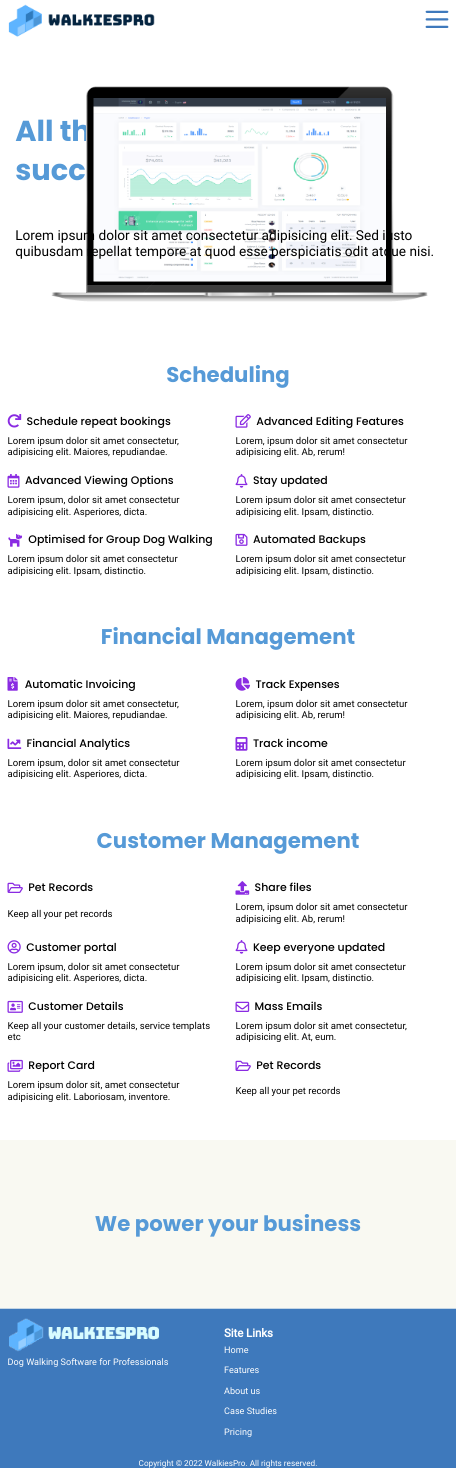
Repository: StevieC87/LAYOUT4
Page: features.html
These files come from the project's save history. The page is drawn as it stood at one moment and after the next save; the edit follows.
The browser window is 600 px wide. The pictures show the whole page, at 76% of full size.

Above is the page before, as saved 2022-01-08 21:32:42.
Console error: TypeError: Cannot read properties of null (reading 'addEventListener')

### features.html
<!DOCTYPE html>
<html lang="en">
  <head>
    <meta charset="UTF-8" />
    <meta http-equiv="X-UA-Compatible" content="IE=edge" />
    <meta name="viewport" content="width=device-width, initial-scale=1.0" />
    <title>WalkiesPro Dog Walking Software</title>
    <link rel="stylesheet" href="css/styles.css" />
    <link rel="stylesheet" href="css/footer.css" />
    <link rel="stylesheet" href="css/homepage.css" />
    <link rel="stylesheet" href="css/navbar.css" />
    <link rel="stylesheet" href="css/fonts.css" />
    <link rel="stylesheet" href="css/utilities.css" />
    <link rel="stylesheet" href="css/mediaqueries.css" />
    <link rel="stylesheet" href="css/aboutus.css" />
    <link rel="stylesheet" href="css/features.css" />
    <!-- THIS js file - deferred so loads at the end -->
    <script type="text/javascript" src="js/scripts.js" defer></script>
    <link rel="stylesheet" href="https://use.fontawesome.com/releases/v5.15.4/css/all.css" integrity="sha384-DyZ88mC6Up2uqS4h/KRgHuoeGwBcD4Ng9SiP4dIRy0EXTlnuz47vAwmeGwVChigm" crossorigin="anonymous">


  </head>
  <body>


    <div class="containernew">
      <div class="navwrapper">
        <!------------------ NAVBAR --------------------->
        <nav id="navbar" class="paddingspecial">
          <!--  <div class="paddingspecial"> -->
          <div id="logo" class="logodiv">
            <a href="index.html"><img src="images/logo.png" alt="logo" /></a>
          </div>
          <div id="hamburger-menu" class="hamburger-menu">
            <div class="line line-1"></div>
            <div class="line line-2"></div>
            <div class="line line-3"></div>
          </div>
          <div class="navlist">
            <ul tabindex="-1">
              <li><a class="current" href="features.html">Features</a></li>
              <li><a href="about-us.html">About</a></li>
              <li><a href="case-studies.html">Case Studies</a></li>
              <li><a href="pricing.html">Pricing</a></li>
            </ul>
          </div>
          <!-- </div> -->
        </nav>
      </div>
      <!------------------ HEADER  --------------------->
    <!--   <section class="featuresgrid sectionwrapper">
        <div  class="hello">hello</div>
        <div class="featuresh1">
          <h1 style="">All the tools you need to succeed</h1>
        </div>
        <div class="featurestext">
          Lorem ipsum dolor sit amet consectetur adipisicing elit. Sed iusto quibusdam repellat tempore at quod esse perspiciatis odit atque nisi.
        </div>



      </section> -->

      <section class="featuresgridnew sectionwrapper">


        <div class="featuresnew">
          <h1 class="featurestitlenew">All the tools you need to succeed</h1>


          <div class="featuresimgnew">
            <img class="imgfill" src="images/laptop.png" alt="">
          </div>
          <div class="featurestextnew">
            Lorem ipsum dolor sit amet consectetur adipisicing elit. Sed iusto quibusdam repellat tempore at quod esse perspiciatis odit atque nisi.
          </div>
      </div>
        <!-- <div  class="hello">hello</div> -->
      </section>
      <!------------------ SECTION2 --------------------->


          <!-- HERE SCHEDULING GRIDS -->
      <section class="featurescustomerwrapper">
        <div class="featurescustomerinnerwrapper">
          <div class="h3titlecenter">
            <h3>Scheduling</h3>
          </div>
          <div class="features_grid_container">
          <div class="features_grid_item">
            <div class="minigrid-icon">
              <i class="fas fa-redo"></i></div>
            <div class="minigrid-title">Schedule repeat bookings</div>
            <div class="minigrid-text">Lorem ipsum dolor sit amet consectetur, adipisicing elit. Maiores, repudiandae.</div>
          </div>
          <div class="features_grid_item">
            <div class="minigrid-icon">
              <i class="far fa-edit"></i></div>
            <div class="minigrid-title">Advanced Editing Features</div>
            <div class="minigrid-text">Lorem, ipsum dolor sit amet consectetur adipisicing elit. Ab, rerum!</div>
          </div>
          <div class="features_grid_item">
            <div class="minigrid-icon">
              <i class="far fa-calendar-alt"></i></i></div>
            <div class="minigrid-title">Advanced Viewing Options</div>
            <div class="minigrid-text">Lorem ipsum, dolor sit amet consectetur adipisicing elit. Asperiores, dicta.</div>
          </div>
          <div class="features_grid_item">
            <div class="minigrid-icon">
              <i class="far fa-bell"></i></div>
            <div class="minigrid-title">Stay updated</div>
            <div class="minigrid-text">Lorem ipsum dolor sit amet consectetur adipisicing elit. Ipsam, distinctio.</div>
          </div>
          <div class="features_grid_item">
            <div class="minigrid-icon">
              <i class="fas fa-dog"></i></div>
            <div class="minigrid-title">Optimised for Group Dog Walking</div>
            <div class="minigrid-text">Lorem ipsum dolor sit amet consectetur adipisicing elit. Ipsam, distinctio.</div>
          </div>
          <div class="features_grid_item">
            <div class="minigrid-icon">
              <i class="far fa-save"></i></div>
            <div class="minigrid-title">Automated Backups</div>
            <div class="minigrid-text">Lorem ipsum dolor sit amet consectetur adipisicing elit. Ipsam, distinctio.</div>
          </div>
          </div> <!-- end of features1innerwrapper -->
        </div>
      </section>
       <!-- HERE FINANCIAM MANAGEMENT GRIDS -->
       <section class="featurescustomerwrapper">
        <div class="featurescustomerinnerwrapper">
          <div class="h3titlecenter">
            <h3>Financial Management</h3>
          </div>
          <div class="features_grid_container">
          <div class="features_grid_item">
            <div class="minigrid-icon">
              <i class="fas fa-file-invoice-dollar"></i></div>
            <div class="minigrid-title">Automatic Invoicing</div>
            <div class="minigrid-text">Lorem ipsum dolor sit amet consectetur, adipisicing elit. Maiores, repudiandae.</div>
          </div>
          <div class="features_grid_item">
            <div class="minigrid-icon">
              <i class="fas fa-chart-pie"></i></div>
            <div class="minigrid-title">Track Expenses</div>
            <div class="minigrid-text">Lorem, ipsum dolor sit amet consectetur adipisicing elit. Ab, rerum!</div>
          </div>
          <div class="features_grid_item">
            <div class="minigrid-icon">
              <i class="fas fa-chart-line"></i></div>
            <div class="minigrid-title">Financial Analytics</div>
            <div class="minigrid-text">Lorem ipsum, dolor sit amet consectetur adipisicing elit. Asperiores, dicta.</div>
          </div>
          <div class="features_grid_item">
            <div class="minigrid-icon">
              <i class="fas fa-calculator"></i></div>
            <div class="minigrid-title">Track income</div>
            <div class="minigrid-text">Lorem ipsum dolor sit amet consectetur adipisicing elit. Ipsam, distinctio.</div>
          </div>
          </div> <!-- end of features1innerwrapper -->
        </div>
      </section>
      <!-- HERE CUSTOMER MANAGEMENT FEATURES -->
      <section class="featurescustomerwrapper">
        <div class="featurescustomerinnerwrapper">
          <div class="h3titlecenter">
            <h3>Customer Management</h3>
          </div>
          <div class="features_grid_container">
          <div class="features_grid_item">
            <div class="minigrid-icon"><i class="far fa-folder-open"></i></div>
            <div class="minigrid-title">Pet Records</div>
            <div class="minigrid-text">Keep all your pet records</div>
          </div>
          <div class="features_grid_item">
            <div class="minigrid-icon">
              <i class="fas fa-upload"></i></div>
            <div class="minigrid-title">Share files</div>
            <div class="minigrid-text">Lorem, ipsum dolor sit amet consectetur adipisicing elit. Ab, rerum!</div>
          </div>
          <div class="features_grid_item">
            <div class="minigrid-icon">
              <i class="far fa-user-circle"></i></div>
            <div class="minigrid-title">Customer portal</div>
            <div class="minigrid-text">Lorem ipsum, dolor sit amet consectetur adipisicing elit. Asperiores, dicta.</div>
          </div>
          <div class="features_grid_item">
            <div class="minigrid-icon">
              <i class="far fa-bell"></i></div>
            <div class="minigrid-title">Keep everyone updated</div>
            <div class="minigrid-text">Lorem ipsum dolor sit amet consectetur adipisicing elit. Ipsam, distinctio.</div>
          </div>
          <div class="features_grid_item">
            <div class="minigrid-icon">
              <i class="far fa-address-card"></i></div>
            <div class="minigrid-title">Customer Details</div>
            <div class="minigrid-text">Keep all your customer details, service templats etc</div>
          </div>
          <div class="features_grid_item">
            <div class="minigrid-icon">
              <i class="far fa-envelope"></i></div>
            <div class="minigrid-title">Mass Emails</div>
            <div class="minigrid-text">Lorem ipsum dolor sit amet consectetur, adipisicing elit. At, eum.</div>
          </div>
          <div class="features_grid_item">
            <div class="minigrid-icon">
              <i class="far fa-images"></i></div>
            <div class="minigrid-title">Report Card</div>
            <div class="minigrid-text">Lorem ipsum dolor sit, amet consectetur adipisicing elit. Laboriosam, inventore.</div>
          </div>
          <div class="features_grid_item">
            <div class="minigrid-icon"><i class="far fa-folder-open"></i></div>
            <div class="minigrid-title">Pet Records</div>
            <div class="minigrid-text">Keep all your pet records</div>
          </div>

          </div> <!-- end of features1innerwrapper -->
        </div>
      </section>
       <!------------------ 'all features' BUTTON --------------------->

      <!------------------ QUOTE SECTION --------------------->
      <!-- <div class="quotesection">FANCY QUOTE</div> -->
      <section class="quotewrapper">
        <div>
         <h3 class="centertext">We power your business</h3>
        </div>
      </section>
      <!------------------ FOOTER --------------------->
      <footer id="footer">
        <div class="footerwrapper">
          <div class="footergriditem1">
            <img class="bottomlogo" src="images/logoblue.png" alt="logo" />
            <span class="whitetext bottomphrase"
              >Dog Walking Software for Professionals</span
            >
          </div>

          <div class="footergriditem2">
            <div><b class="whitetext footerlinkstitle">Site Links</b></div>
            <ul class="whitetext ulnostyle anostyle" style="font-size: 12px">
              <li><a href="../layout/index.html">Home</a> </li>
              <li><a href="/features.html">Features</a> </li>
              <li><a href="/about-us.html">About us</a> </li>
              <li><a href="/case-studies.html">Case Studies</a></li>
              <li><a href="pricing.html">Pricing</a></li>
            </ul>
          </div>
          <div class="footergriditem3 whitetext smallfont">Copyright © 2022 WalkiesPro. All rights reserved.</div>
        </div>

      </footer>
    </div>
    <!-- end container -->

    <!------------------ SIDE MENU --------------------->
    <div id="menuhidden" class="menuhidden hiddenright">
      <div class="slidemenu">
        <ul tabindex="-1" aria-hidden="true">
          <li><a class="activeSidebarLi" href="index.html">Home</a></li>
          <li><a class="current" href="features.html">Features</a></li>
          <li><a href="about-us.html">About</a></li>
          <li><a href="case-studies.html">Case Studies</a></li>
          <li><a href="pricing.html">Pricing</a></li>
          <!--    <hr /> -->
        </ul>
      </div>
    </div>
  </body>
</html>

### css/styles.css
:root {
  /*  --myblue: #5da3df; */
  --myblue: #3e79bc;
  --myblueh1: #569ad7;
}

html,
body {
  box-sizing: border-box;
  font-size: 18px;
  font-family: Roboto;
  /*  font-family: PoppinsLight; */
  /*  line-height: 1rem; */
  margin: auto;
}
.containernew {
  /*  background: linear-gradient(90deg, #e3ffe7 0%, #ecedee 100%); */
  /*   background-color: #f9ffff;
  background: rgb(255, 255, 255);
  background: rgb(255, 255, 255);
  background: linear-gradient(
    360deg,
    rgba(255, 255, 255, 1) 0%,
    rgba(255, 255, 255, 1) 98%,
    rgba(240, 253, 255, 1) 100%,
    rgba(229, 252, 255, 1) 100%,
    rgba(83, 234, 255, 1) 100%
  ); */
}
*,
*:before,
*:after {
  box-sizing: inherit;
}

h1,
h2,
h3,
h4,
h5,
h6 {
  font-family: PoppinsBold;
  color: var(--myblueh1);
  /* #5da3df */
  padding: 10px 0 10px 0;
  margin: 0px;
}
h1 {
  font-size: 38px;
  line-height: 2.8rem;
}
h2 {
  font-size: 38px;
}
h3 {
  font-size: 28px;
}
h4 {
  font-size: 26px;
}
h5 {
  font-size: 20px;
}
h6 {
  font-size: 18px;
}

.containernew {
  width: 100%;
}

### css/footer.css
/* * * * * * * * * * * * * * * * * * * * * * * * * * * * * * * * * * * * * * * *
                    FOOTER
* * * * * * * * * * * * * * * * * * * * * * * * * * * * * * * * * * * * * * * */

footer {
  background-color: var(--myblue);
  width: 100%;
  display: flex;
  justify-content: center;
  padding-top: 10px;
}
/* DEFAULT FOR SMALL SCREEN - MOBILE FIRST */
.footerwrapper {
  /* this is the inner div that serves as a grid with equal columns as container */
  width: 1200px;
  display: grid;
  grid-template-columns: 1fr;
  grid-gap: 0.2rem;
}
/* DEFAULT FOR SMALL SCREEN - MOBILE FIRST */
.footergriditem1 {
  grid-row: 1 / 2;
  /* grid-column: 1 / 2; */
  grid-column: 1 / -1;
}
/* DEFAULT FOR SMALL SCREEN - MOBILE FIRST */
.footergriditem2 {
  /* grid-column: 2 / 3; */
  grid-column: 1 / -1;
  grid-row: 3 / 4;
  padding-left: 10px;
  justify-self: start;
  padding-top: 10px;
  padding-bottom: 10px;

  /*  justify-self: self-end; */
  /* padding: 20px 0 0 40px; */
}
.footergriditem2:first-child {
  margin: 10px 0 10px 0;
}
.footergriditem3 {
  grid-row: 4 / 5;
  grid-column: 1 / -1;
  justify-self: center;
  align-self: center;
}
.bottomlogo {
  padding: 0px 0 0px 10px;
}
.bottomphrase {
  padding-left: 10px;
  display: block;
  text-align: left;
  font-size: 12px;
}
.footerlinkstitle {
  font-size: 15px;
}

@media (min-width: 336px) {
}
@media (min-width: 450px) {
  .footerwrapper {
    grid-template-columns: 226px 200px 1fr 0.2fr 0.2fr 0.2fr;
  }
  .footergriditem1 {
    grid-row: 1 / 2;
    grid-column: 1 / 2;
  }
  .footergriditem2 {
    grid-row: 1 / 2;
    grid-column: 2 / 3;
    padding-left: 0px;
    justify-self: center;
    padding-top: 10px;
    padding-bottom: 10px;
  }
}

### css/homepage.css
/* * * * * * * * * * * * * * * * * * * * * * * * * * * * * * * * * * * * * * * *
                  SECTION1
* * * * * * * * * * * * * * * * * * * * * * * * * * * * * * * * * * * * * * * */
.sectionwrapperFW {
  padding: 40px 0px 0px 0px;
}
.section1wrapper {
  width: 100%;
  background-color: FFF;
  display: flex;
  justify-content: center;
  /*  */
}
.section1innerwrapper {
  max-width: 1200px;
  display: grid;
  grid-column: 1 / -1;
}

/* * * * * * * * * * * * * * * * * * * * * * * * * * * * * * * * * * * * * * * *
                      SECTION2
  * * * * * * * * * * * * * * * * * * * * * * * * * * * * * * * * * * * * * * * */

.section2divrow {
  display: grid;
  grid-column: 1 / -1;
  /*  grid-template-columns: 1fr 1fr; */
}
.section2wrapper {
  width: 100%;
  display: flex;
  justify-content: center;
}
.section2innerwrapper {
  max-width: 1200px;
}
.frontfeatures1 {
  background-color: #f9f9f2;
  margin-bottom: 60px;
  margin-top: 30px;
}
.frontfeatures2 {
  background-color: #fcf6f2;
  margin-bottom: 60px;
}
.frontfeatures3 {
  background-color: #f1faf9;
  /*   margin-bottom: 10px; */
  padding-bottom: 50px;
}

.section2txt {
  padding: 0 20px 0 20px;
}
/* ---------------------- */
.allfeatures {
  text-align: Center;
  padding-top: 30px;
  grid-column: 1 / -1;
}
.quotesection {
  background-color: FFF;
  grid-area: quotesection;
  display: grid;
  grid-column: 1 / -1;
}

### css/utilities.css
.btn {
  cursor: pointer;
  transition-property: background-color, color, border;
  transition-duration: 200ms;
  transition-timing-function: ease-in;
}

.btnoutline {
  background-color: transparent;
  border: 1px solid var(--myblue);
  border-radius: 5px;
  color: var(--myblue);
  padding: 10px;
  font-size: 0.8rem;
  /*  font-weight: bold */
  font-family: PoppinsBold;
}
.btnfill {
  background-color: var(--myblue);
  /* border: 1px solid ; */
  border-radius: 5px;
  color: white;
  /*  color: var(--myblue); */
  font-family: PoppinsBold;
}
.btnMedium {
  padding: 10px;
  font-size: 0.8rem;
}
.btnXL {
  padding: 15px 20px 15px 20px;
  font-size: 1.2rem;
}

.allfeaturesbtn {
  padding: 15px 20px 15px 20px;
  border-radius: 10px;
  border: 1px solid var(--myblue);
  /*   background-color: var(--myblue); */
  background-color: WHITE;
  /* color: white; */
  color: var(--myblue);
  font-weight: bold;
  font-size: 1.2rem;
}
.allfeaturesbtn:hover {
  background-color: var(--myblue);
  color: white;
}
.submit {
  /*  margin-top: 20px; */
  padding: 8px 6px 8px 6px;
  border-radius: 6px;
  width: 100px;
  background-color: var(--myblue);
  border: 1px solid var(--myblue);
  color: #f9f9f2;
  font-size: 1.2rem;
  font-family: PoppinsBold;
  /*  font-weight: bold; */
}
.submit:active {
  transform: translateY(1px);
  /*  background-color: #821a4e; */
}

.submit:hover {
  background-color: var(--myblue);
  color: white;
}

.sectionwrapper {
  padding: 40px 20px 40px 20px;
}

/* section {
  padding: 40px 10px 40px 10px !important;
  /*  margin: 20px 10px 20px 10px;
} */

/* * * * * * * * * * * * * * * * * * * * * * * * * * * * * * * * * * * * * * * *
UTILITY CLASSES
* * * * * * * * * * * * * * * * * * * * * * * * * * * * * * * * * * * * * * * */

.centertext {
  text-align: center;
}
.centerimg {
  display: block;
  margin-left: auto;
  margin-right: auto;
  /*   width: 50%; */
}
.centerhorizvert {
  align-self: center;
  justify-self: center;
}
/* visible/invis from screen readers & visually */
.invisible {
  visibility: hidden;
}
.visible {
  visibility: visible;
}
.whitetext {
  color: white;
}
.smallfont {
  font-size: 0.6rem;
}
.mediumfont {
  font-size: 0.8rem;
}
.ulnostyle {
  list-style: none;
  line-height: 1.5rem;
  padding: 0;
  margin: 0;
}
.anostyle > li a {
  text-decoration: none;
  color: white;
}

### css/mediaqueries.css
/* to switch to hamburger menu */
@media (min-width: 677px) {
  .hamburger-menu {
    visibility: hidden;
  }
  .section2divrow {
    grid-template-columns: 1fr 1fr;
  }
  .section1innerwrapper {
    grid-template-columns: 2fr 1fr;
  }
}
@media (max-width: 676px) {
  /* HIDE NAV LI WHEN SMALL SCREEN */
  nav {
    width: 1200px;
  }

  .navlist {
    visibility: hidden;
    display: none;
  }
  .hamburger-menu {
    visibility: visible;
  }

  /* ADVANCED SCHEDULING DIV - flip order: image last */
  .section2imgleft1 {
    grid-row: 2;
  }
  .section2textright1 {
    grid-row: 1;
  }
  /* FINANCIAL MANAGEMENT DIV - flip order: image last */
  .section2imgleft3 {
    grid-row: 2;
  }
  .section2textleft3 {
    grid-row: 1;
  }
}

### css/features.css
.featuresgrid {
  /* display: grid;
  grid-template-columns: 1fr; */
  display: grid;
  justify-content: center;
  /*  grid-template-columns: 0.5fr 1fr 1fr 0.5fr; */
}

.featuresnew {
  display: grid;
  max-width: 1200px;
  grid-template-columns: 1fr 1fr;
  grid-template-areas:
    'title image'
    'text image';
}
.featuresgridnew {
  /* display: grid;
  grid-template-columns: 1fr; */
  display: grid;
  justify-content: center;

  /*  grid-template-columns: 0.5fr 1fr 1fr 0.5fr; */
}

.featuresh1 {
  /*  max-width: 600px; */
  /* grid-column: 1 / -1;
  grid-row: 1 / 2; */
  display: grid;
  justify-content: center;
  text-align: center;
}

.featurestitlenew {
  grid-area: title;
  grid-column: 1 / 2;
  grid-row: 1 / 2;
  justify-self: center;
  align-self: center;
}
.featurestextnew {
  grid-area: text;
  grid-column: 1 / 2;
  grid-row: 2 / 3;
}

.featuresimgnew {
  grid-area: image;
  grid-column: 2 / 3;
  grid-row: 1 / 3;
}

.featurestext {
  max-width: 500px;
  /* grid-column: 2 / 4; */
}
.imgfill {
  /*  object-fit: fill; */
  width: 100%;
  height: auto;
}
.features1wrapper {
  width: 100%;
  background-color: FFF;
  display: grid;
  justify-content: center;
  /*  */
}
.features1innerwrapper {
  max-width: 1200px;
  display: grid;
  grid-column: 1 / -1;
}
.schedulingdiv1 {
  background-color: #f9f9f2;
  margin-bottom: 30px;
  margin-top: 10px;
}

.features_grid_container {
  max-width: 1200px;
  display: grid;
  grid-template-columns: 1fr 1fr;
}

/* .row1col {
  grid-row: 1 / 2;
  min-width: 300px;
} */
/* .row2col {
  grid-row: 2 / 3;
  min-width: 300px;
}
 */
.features_grid_item {
  display: grid;
  grid-template-columns: 0.06fr 1fr;
  padding: 10px;
  grid-gap: 7px;
}

.featuresgrid {
  /*  position: absolute;
  top: 0;
  left: 0;
  width: 100%;
  height: 100%; */
  /* background-image: url('https://images.unsplash.com/photo-1557838429-126184c0345c?ixlib=rb-1.2.1&ixid=eyJhcHBfaWQiOjEyMDd9&auto=format&fit=crop&w=634&q=80');
  background-repeat: no-repeat;
  background-size: cover; */
  /* background-color: azure;
  -webkit-clip-path: polygon(0 50%, 80% 0, 35% 50%, 0 80%);
  clip-path: polygon(0 0, 80% 0, 35% 50%, 0 80%); */
}

.featurescustomerwrapper {
  width: 100%;
  background-color: FFF;
  display: grid;
  justify-content: center;
  grid-template-columns: 1fr 2fr 1fr;
  padding-bottom: 40px;
  /*   border: 1px solid blue; */
}
.h3titlecenter {
  justify-self: center;
  padding: 0px 0 10px 0;
}
.featurescustomerinnerwrapper {
  max-width: 800px;
  /*   border: 1px solid blue; */
  display: grid;
  grid-column: 1 / -1;
  justify-self: center;
  /* Width for desktop */
}
.minigrid-icon {
  /*  color: var(--myblue); */
  color: blueviolet;
  grid-column: 1/ 2;
  grid-row: 1 / 2;
}
.minigrid-title {
  font-family: PoppinsMedium;
  /*  font-weight: bold; */
  font-size: 0.8rem;
  grid-column: 2/ 3;
  grid-row: 1 / 2;
}
.minigrid-text {
  /* font-family: PoppinsLight; */
  font-size: 0.7rem;
  grid-column: 1 / -1;
  grid-row: 2 / 3;
}

@media (min-width: 320px) and (max-width: 750px) {
  .featuresimgnew {
    /*     width: 200px; */
    visibility: display;
  }
  .featuresnew {
    display: grid;
    max-width: 1200px;
    grid-template-columns: 1fr;
    /*    grid-template-areas:
      'title'
      'text'; */
  }
  .featurestitlenew {
    grid-area: title;
    grid-column: 1 / -1;
    grid-row: 1 / 2;
    justify-self: center;
    align-self: center;
  }
  .featurestextnew {
    grid-area: text;
    grid-column: 1 / -1;
    grid-row: 2 / 3;
  }
}

Loaded but not shown: js/scripts.js (43 lines, source omitted); css/aboutus.css (189 lines, source omitted); css/navbar.css (134 lines, source omitted); css/fonts.css (94 lines, source omitted)

After the next save:
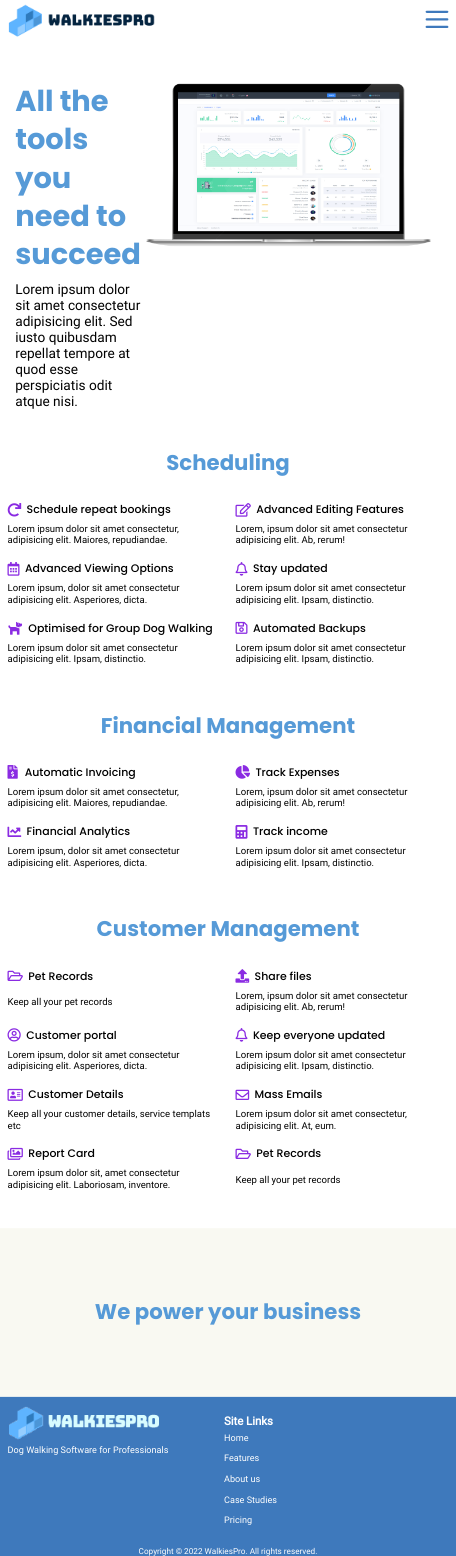
Saved 26 s later.
--- a/css/features.css
+++ b/css/features.css
@@ -164,9 +164,9 @@
     display: grid;
     max-width: 1200px;
     grid-template-columns: 1fr;
-    /*    grid-template-areas:
+    grid-template-areas:
       'title'
-      'text'; */
+      'text';
   }
   .featurestitlenew {
     grid-area: title;

After the save that followed:
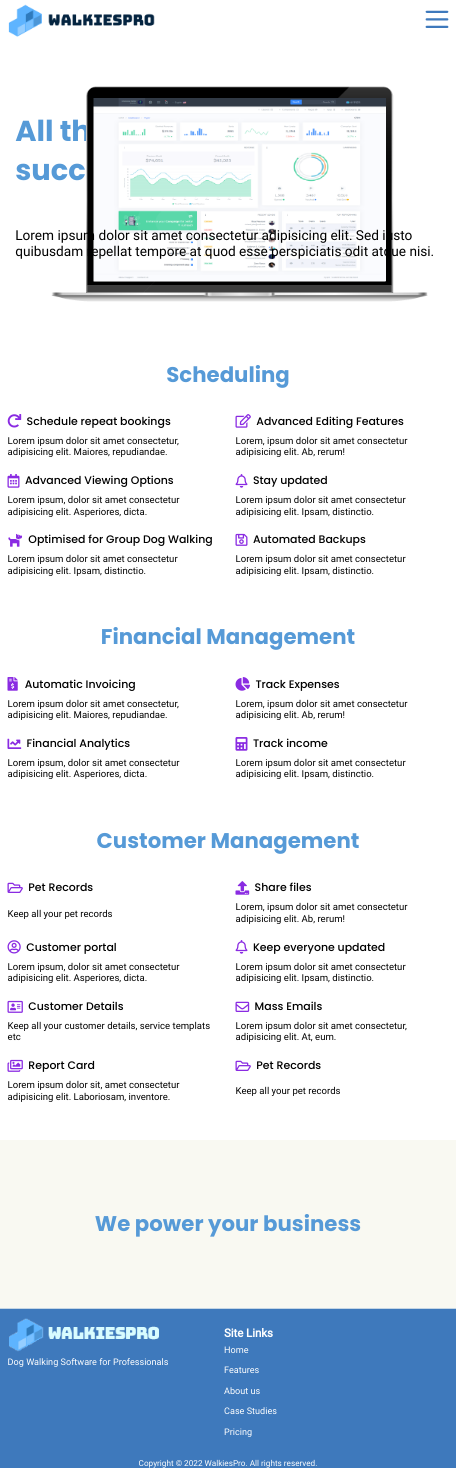
Saved 7 s later.
--- a/css/features.css
+++ b/css/features.css
@@ -165,7 +165,7 @@
     max-width: 1200px;
     grid-template-columns: 1fr;
     grid-template-areas:
-      'title'
+      'title title'
       'text';
   }
   .featurestitlenew {
